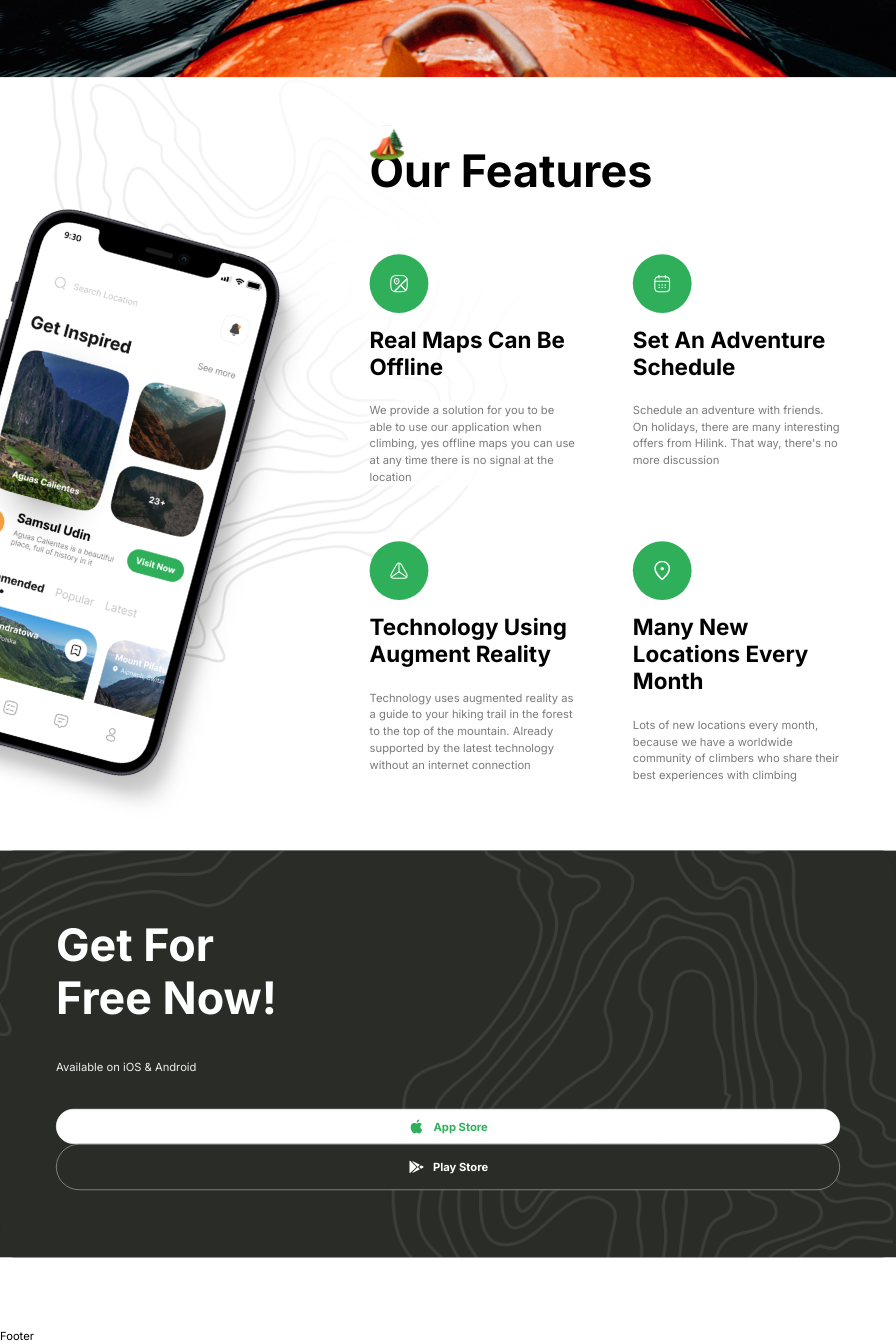
Repository: MikeeBuilds/camp
Page: /
An editor plug-in stored every save of this project. The page is shown before and after a run of saves, followed by the edit.
The browser window is 1280 px wide. The pictures show the part of the page from y = 2553 to 4473 px (the page is 4473 px tall before and 4423 px after), at 70% of full size.
The project was rebuilt for these pictures with package versions that can differ from the ones it lists, and the page was loaded fresh each time. The framework's server and built-in components were replaced by stand-ins that run in the browser. Also part of the build but not shown: next.config.js.

Above is the page before, as saved 2023-11-25 16:34:41.

After the next 5 saves:
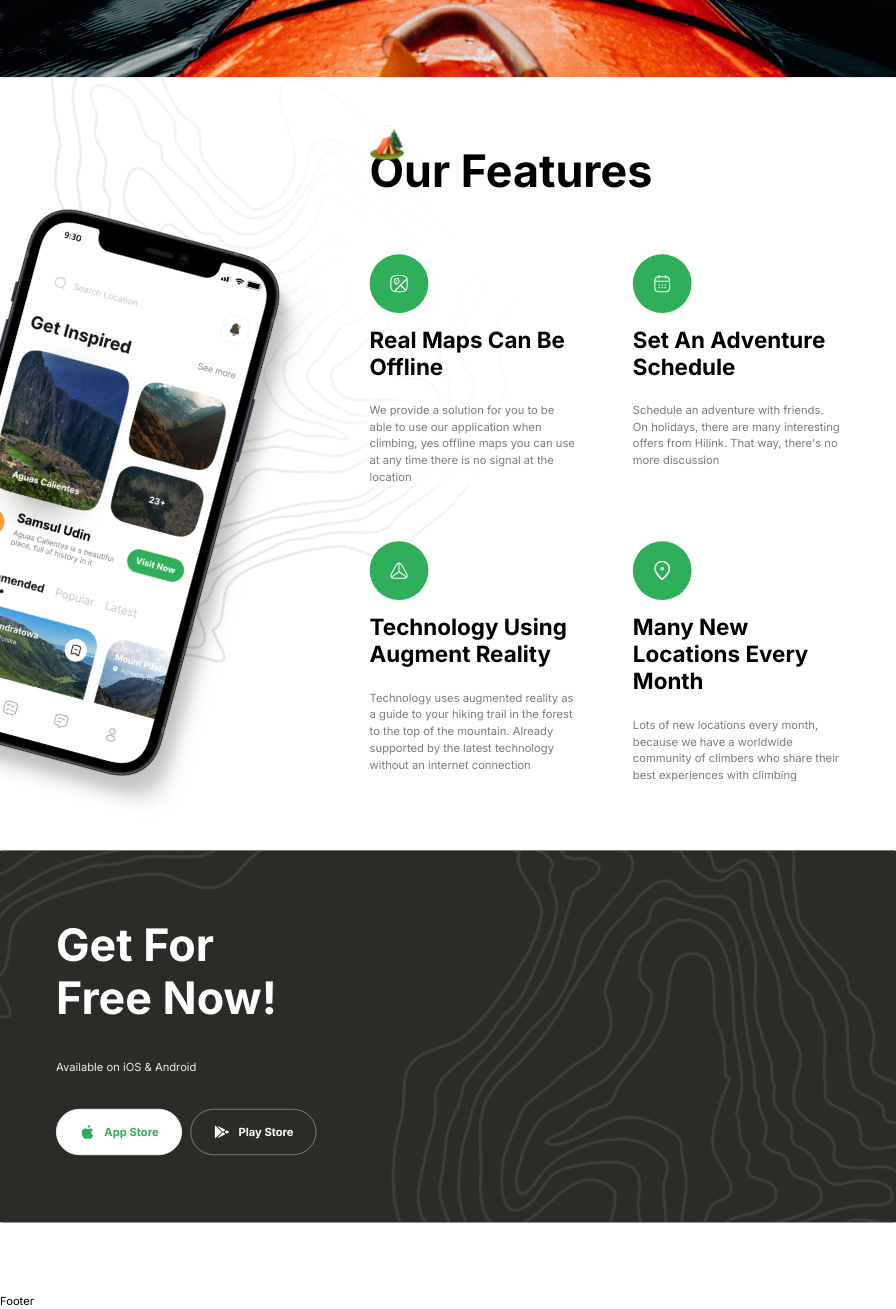
The 5 saves are shown as one change because they came seconds apart.
The last was saved 12 s later.
--- a/components/GetApp.tsx
+++ b/components/GetApp.tsx
@@ -9,7 +9,7 @@
           <h2 className='bold-40 lg:bold-64 xl:max-w-[320px]'>Get For Free Now!</h2>
           <p className='regular-16 text-gray-10'>Available on iOS & Android</p>
 
-          <div className="flex w-full flex-col ">
+          <div className="flex w-full flex-col gap-3 whitespace-nowrap xl:flex-row">
             <Button
               type="button"
               title="App Store"
